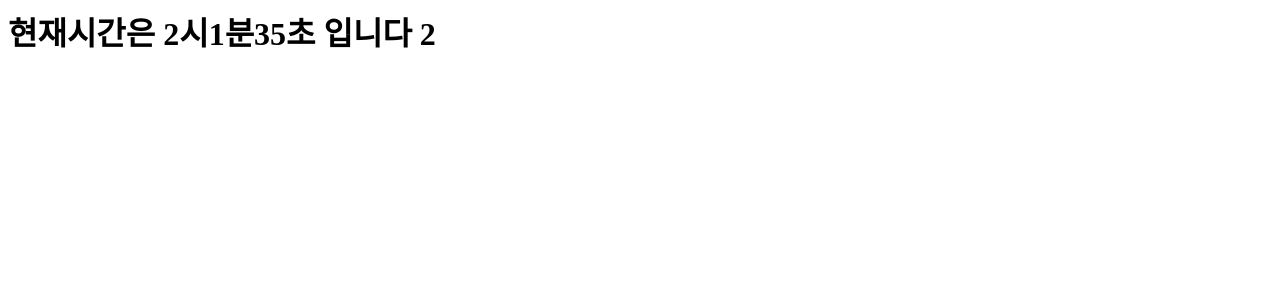
Repository: GDandTOP/JavaStudy
Page: http://localhost/0125/test3
The author's editor kept a copy of each file at every save. The page is drawn from the files as they stood at one save, then again after the next save.
The browser window is 1280 px wide. The pictures show the whole page.
The page is served by Tomcat 9.

Above is the page before, as saved 2023-01-25 02:01:35.

After the next save:
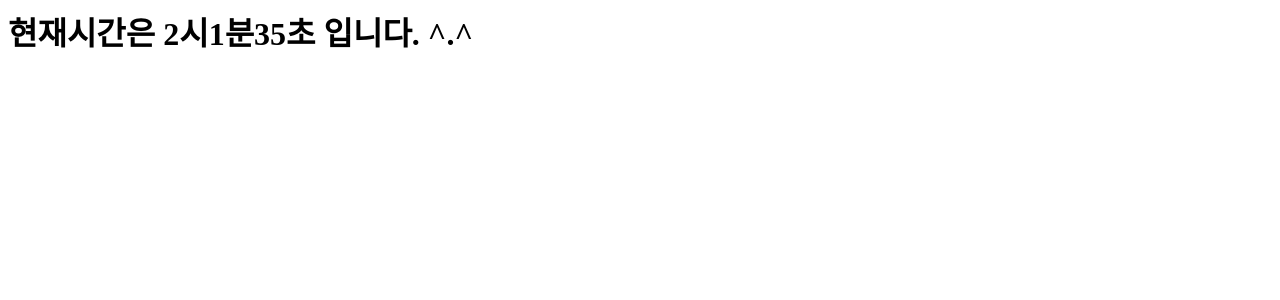
Saved 2 h 24 min later.
--- a/jsptest/0125/src/main/java/com/kr/ServletTest.java
+++ b/jsptest/0125/src/main/java/com/kr/ServletTest.java
@@ -40,7 +40,7 @@ public class ServletTest extends HttpServlet {
 		out.write("현재시간은 ");
 		out.write(hour +"시");
 		out.write(minute +"분");
-		out.write(second +"초 입니다 2</body></html>");
+		out.write(second +"초 입니다. ^.^</body></html>");
 		out.close();
 
 
